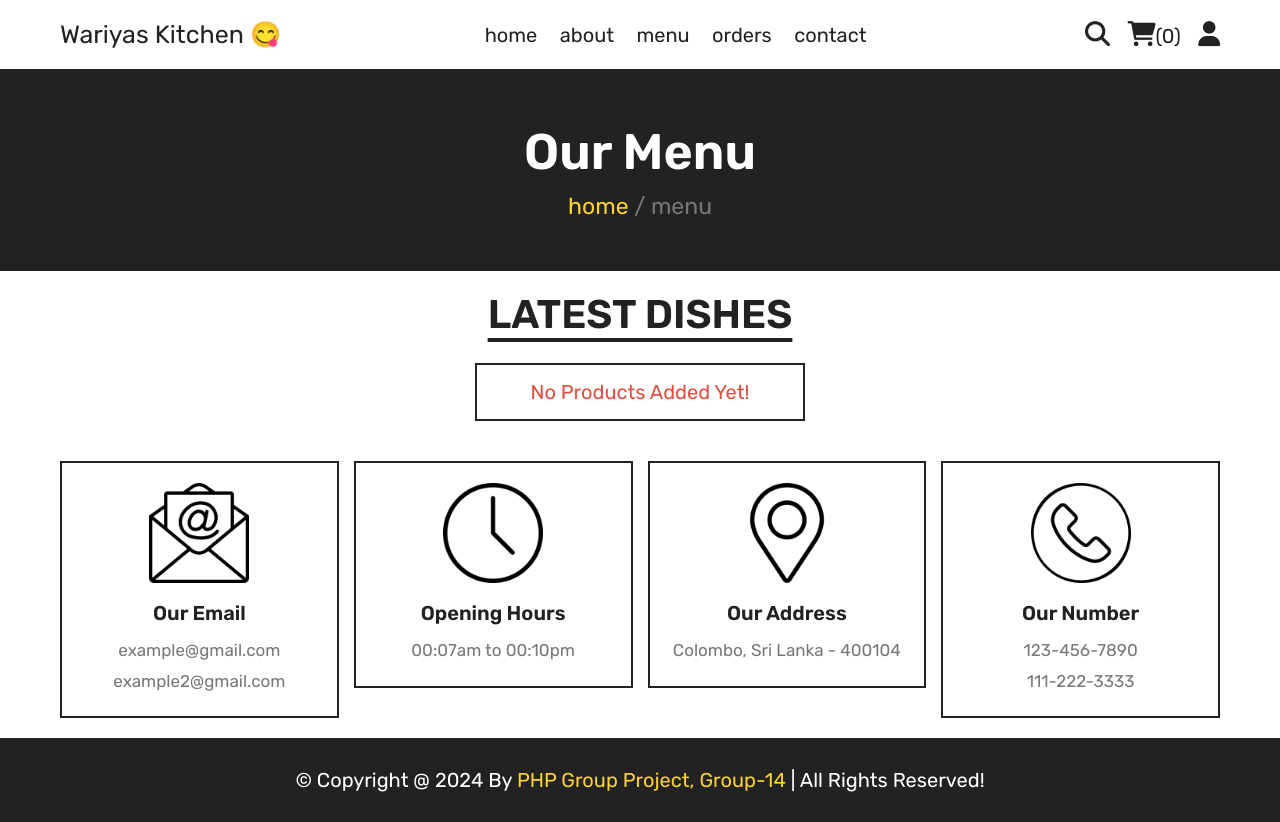
Repository: navodniwarshana/food_order_site
Page: http://localhost/menu.php
These files come from the project's save history. The page is drawn as it stood at one moment and after the next save; the edit follows.
The browser window is 1280 px wide. The pictures show the whole page.
Some web libraries are served in a nearby version. The page is run by PHP 8.4 with error messages shown; the project is at /var/www/html/. Queries for data that is not in the repository find no rows.

Above is the page before, as saved 2024-09-27 18:24:15.
Console error: TypeError: Cannot read properties of null (reading 'style')

After the next save:
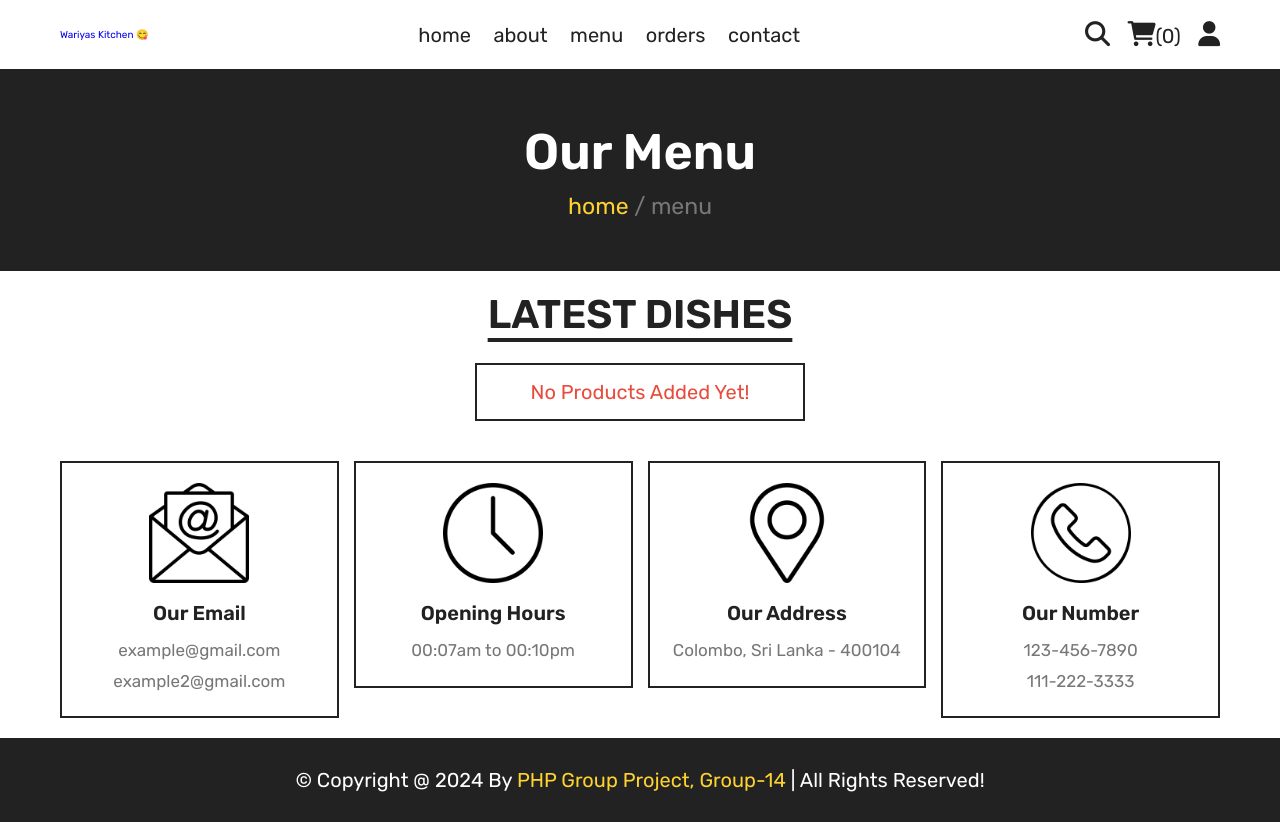
Saved 61 s later.
--- a/components/user_header.php
+++ b/components/user_header.php
@@ -15,7 +15,7 @@
 
    <section class="flex">
 
-      <a href="home.php" class="logo">Wariyas Kitchen 😋</a>
+      <a href="home.php" >Wariyas Kitchen 😋</a>
 
       <nav class="navbar">
          <a href="home.php">home</a>

After the save that followed:
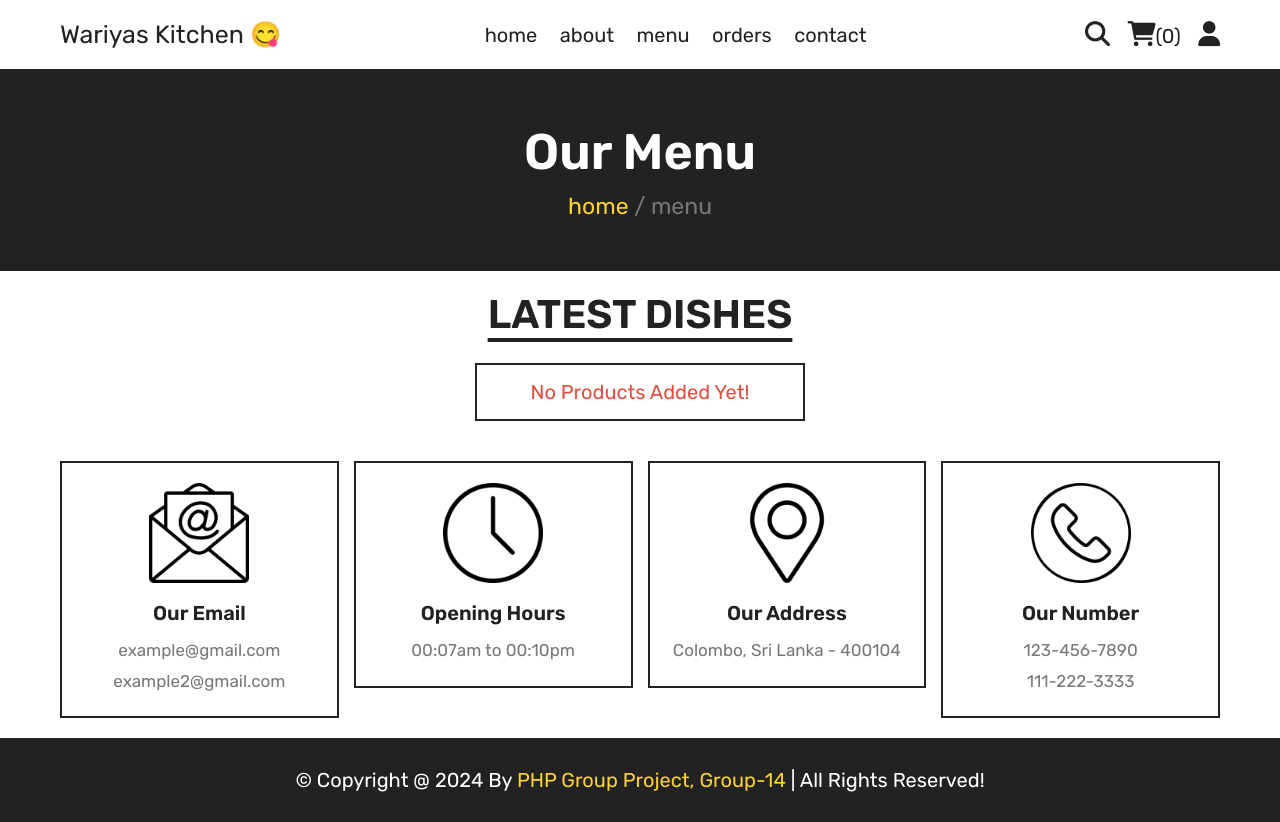
Saved 23 s later.
--- a/components/user_header.php
+++ b/components/user_header.php
@@ -15,7 +15,7 @@
 
    <section class="flex">
 
-      <a href="home.php" >Wariyas Kitchen 😋</a>
+      <a href="home.php" class="logo">Wariyas Kitchen 😋</a>
 
       <nav class="navbar">
          <a href="home.php">home</a>
